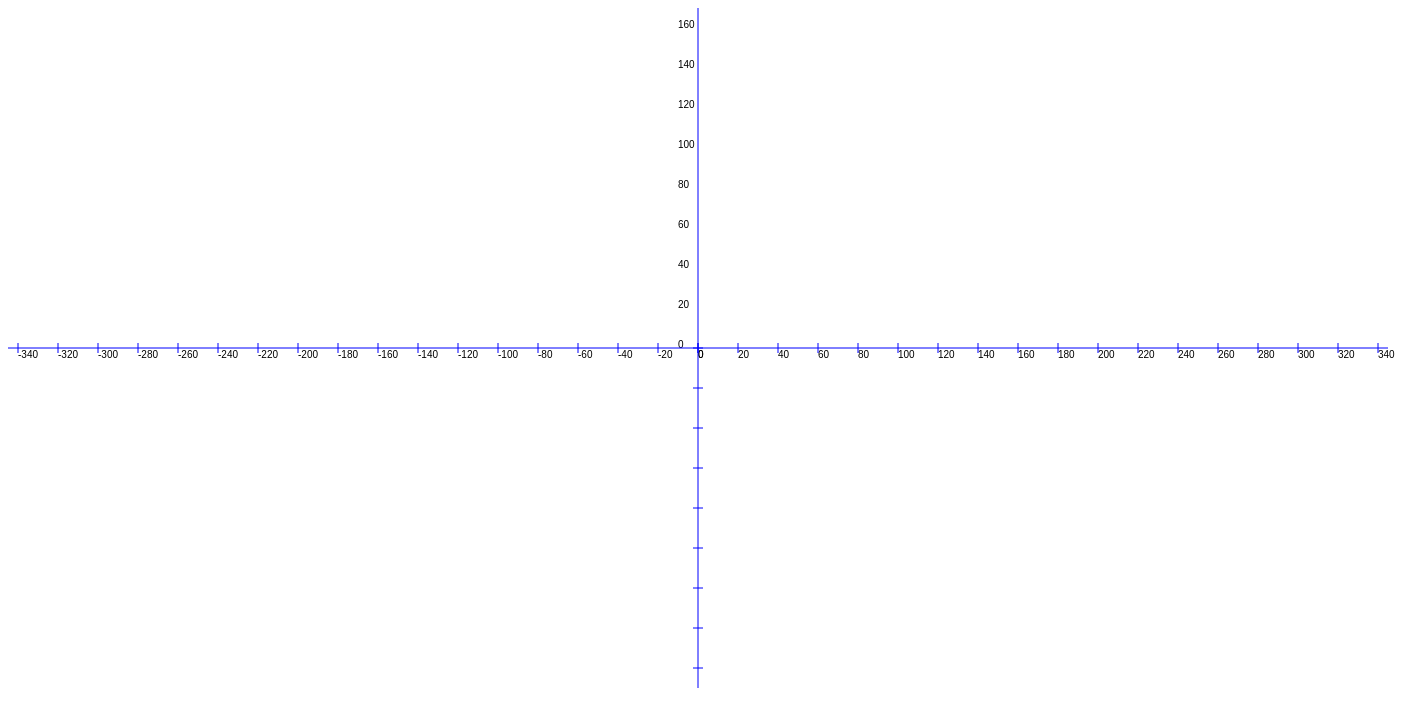
Repository: tclintaichung/book
Page: ex16/ex16_01/frame.html
These files come from the project's save history. The page is drawn as it stood at one moment and after the next save; the edit follows.
The browser window is 1280 px wide. The page is 1408 px wide, so the pictures cover 1408 px, including what lies to the right of the window. The pictures show the whole page.

Above is the page before, as saved 2025-09-27 16:15:17.

### ex16/ex16_01/frame.html
<!DOCTYPE html>
<html lang="en">
<head>
    <meta charset="UTF-8">
    <meta name="viewport" content="width=device-width, initial-scale=1.0">
    <title>Parabola curves</title>
</head>
<body>
    <canvas id="myCanvas" width="300px" height="300px"></canvas>
    <script>
        const a = 3;
        const b = -6;
        const c = 4;
        const colors = ["#FF0000", "#00FF00", "#0000FF", "#FFFF00", "#FFA500", "#FFFFFF"];
        const myCanvas = document.getElementById("myCanvas");
        const ctx = myCanvas.getContext("2d");
        myCanvas.width = 1400;
        myCanvas.height = 700
        const point_x = [];
        const point_y1 = [];
        const point_y2 = [];
        const scale = 2.;

        frame(0, myCanvas.width - 20, 0, myCanvas.height - 20, scale);

        function frame(x_min, x_max, y_min, y_max, scale) {
            const center_x = (x_min + x_max) / 2;
            const center_y = (y_min + y_max) / 2;
            const step = 20 * scale;
            ctx.beginPath();
            ctx.moveTo(x_min, center_y);
            ctx.lineTo(x_max, center_y);
            ctx.moveTo(center_x, y_min);
            ctx.lineTo(center_x, y_max);
            ctx.strokeStyle = colors[2];
            ctx.lineWidth = 1;

            let label_i = 0;
            for (let i = center_x; i <= x_max; i += step) {
                label_i = (i - center_x) / scale;
                ctx.moveTo(i, center_y - 5);
                ctx.lineTo(i, center_y + 5);
                ctx.fillText(String(label_i), i, center_y + 10);
            }
            for (let i = center_x; i >= x_min; i -= step) {
                label_i = (i - center_x) / scale;
                ctx.moveTo(i, center_y - 5);
                ctx.lineTo(i, center_y + 5);
                ctx.fillText(String(label_i), i, center_y + 10);
            }
            for (let i = center_y; i <= y_max; i += step) {
                label_i = (i - center_y) / scale;
                ctx.moveTo(center_x - 5, i);
                ctx.lineTo(center_x + 5, i);
                ctx.fillText(String(label_i), center_x - 20, y_max -i);
            }
            ctx.stroke();
        }
   </script>
</body>
</html>

After the next save:
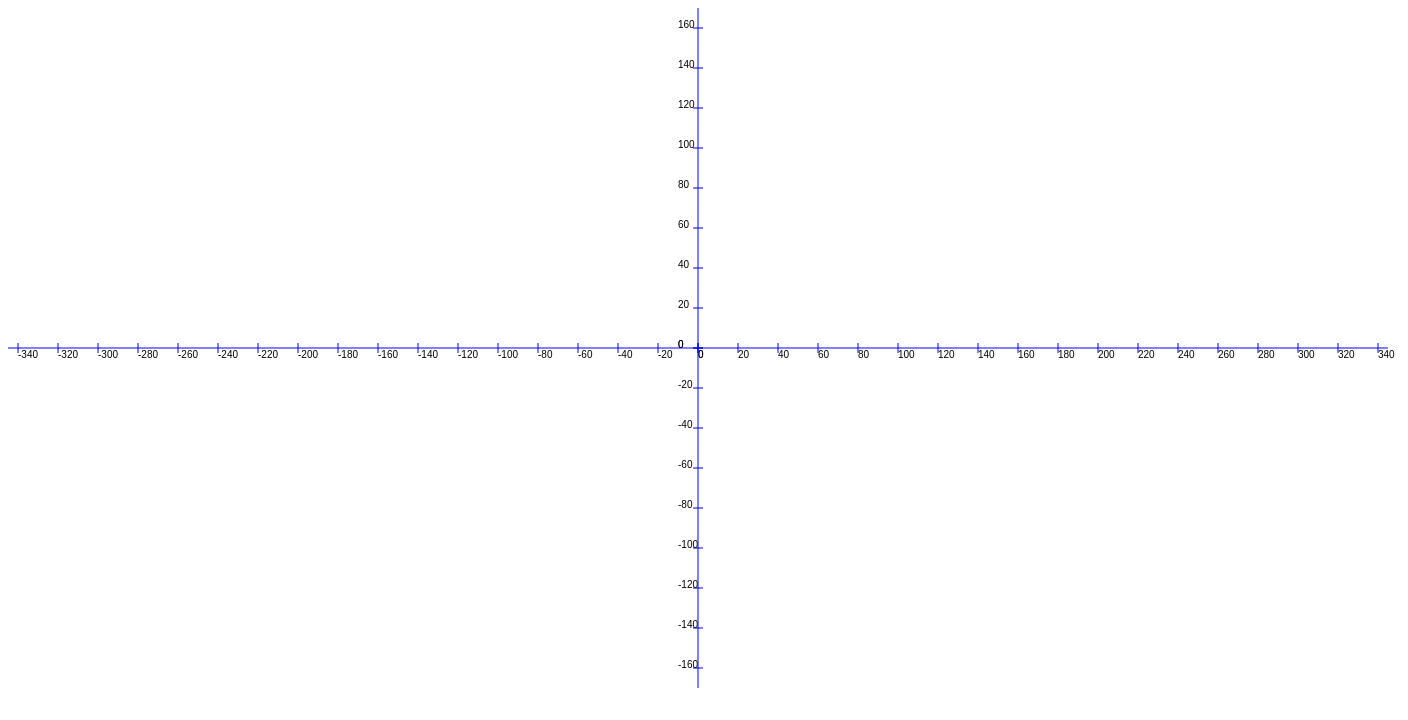
Saved 55 s later.
--- a/ex16/ex16_01/frame.html
+++ b/ex16/ex16_01/frame.html
@@ -54,6 +54,12 @@
                 ctx.lineTo(center_x + 5, i);
                 ctx.fillText(String(label_i), center_x - 20, y_max -i);
             }
+            for (let i = center_y; i >= y_min; i -= step) {
+                label_i = (i - center_y) / scale;
+                ctx.moveTo(center_x - 5, i);
+                ctx.lineTo(center_x + 5, i);
+                ctx.fillText(String(label_i), center_x - 20, y_max -i);
+            }
             ctx.stroke();
         }
    </script>
